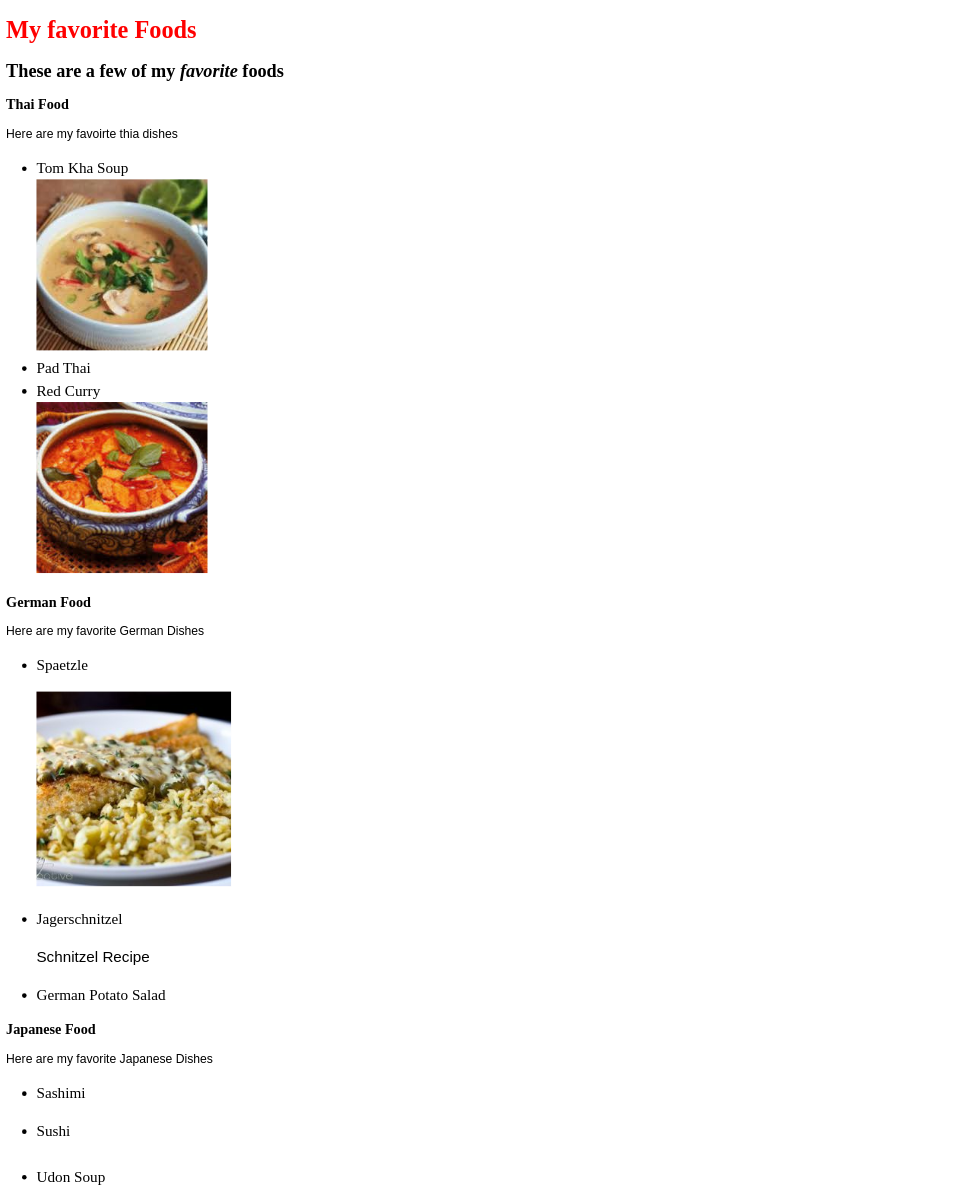
Repository: fieldceleste/my-first-webpage
Page: my-favorite-foods.html
These files come from the project's save history. The page is drawn as it stood at one moment and after the next save; the edit follows.
The browser window is 1280 px wide. The pictures show the whole page, at 76% of full size.

Above is the page before, as saved 2019-10-24 20:36:14.

### my-favorite-foods.html
<!DOCTYPE html>
<html>
  <head>
   <title>Celeste's Favorite Foods</title>
  </head>
     <link href="css/styles.css" rel="stylesheet" type="text/css"
  <body>

    <h1>My favorite Foods</h1>
    <h2>These are a few of my <em>favorite</em> foods</h2>

    <h3><strong>Thai Food</strong></h3>
    <p>Here are my favoirte thia dishes</p>
      <ul>
        <li>Tom Kha Soup</li>
      <img src="img/tomkha.jpeg" alt="picture of tom kha soup">
        <li>Pad Thai</li>
        <li>Red Curry</li>
      <img src="img/redcurry.jpeg" alt="picture of red curry">

      </ul>
    <h3><strong>German Food</strong></h3>
    <p>Here are my favorite German Dishes</p>
      <ul>
           <li>Spaetzle</li><p>
      <img src="img/spaetzle.jpeg" alt="picture of spaetzle"></p>
           <li>Jagerschnitzel</li>
    <p>Schnitzel Recipe <a href=https://www.thespruceeats.com/jaegerschnitzel-with-mushroom-sauce-1447075></a>
    </p>
           <li>German Potato Salad</li>
      </ul>

    <h3><strong>Japanese Food</strong></h3>
    <p>Here are my favorite Japanese Dishes</p>
    <ul>
      <li>Sashimi</li><p> <a href=></a></p>
      <li>Sushi</li><img src="" alt="">
      <li>Udon Soup</li>
      </ul>
    </p>
  </body>
</html>

### css/styles.css
h1 {
    color:red;
}

h2 {
    font-style: italic
    text-align: center;
}

p{ font-family: sans-serif;

}

ul {
    font-size: 20px;
    line-height: 30px;
}

After the next save:
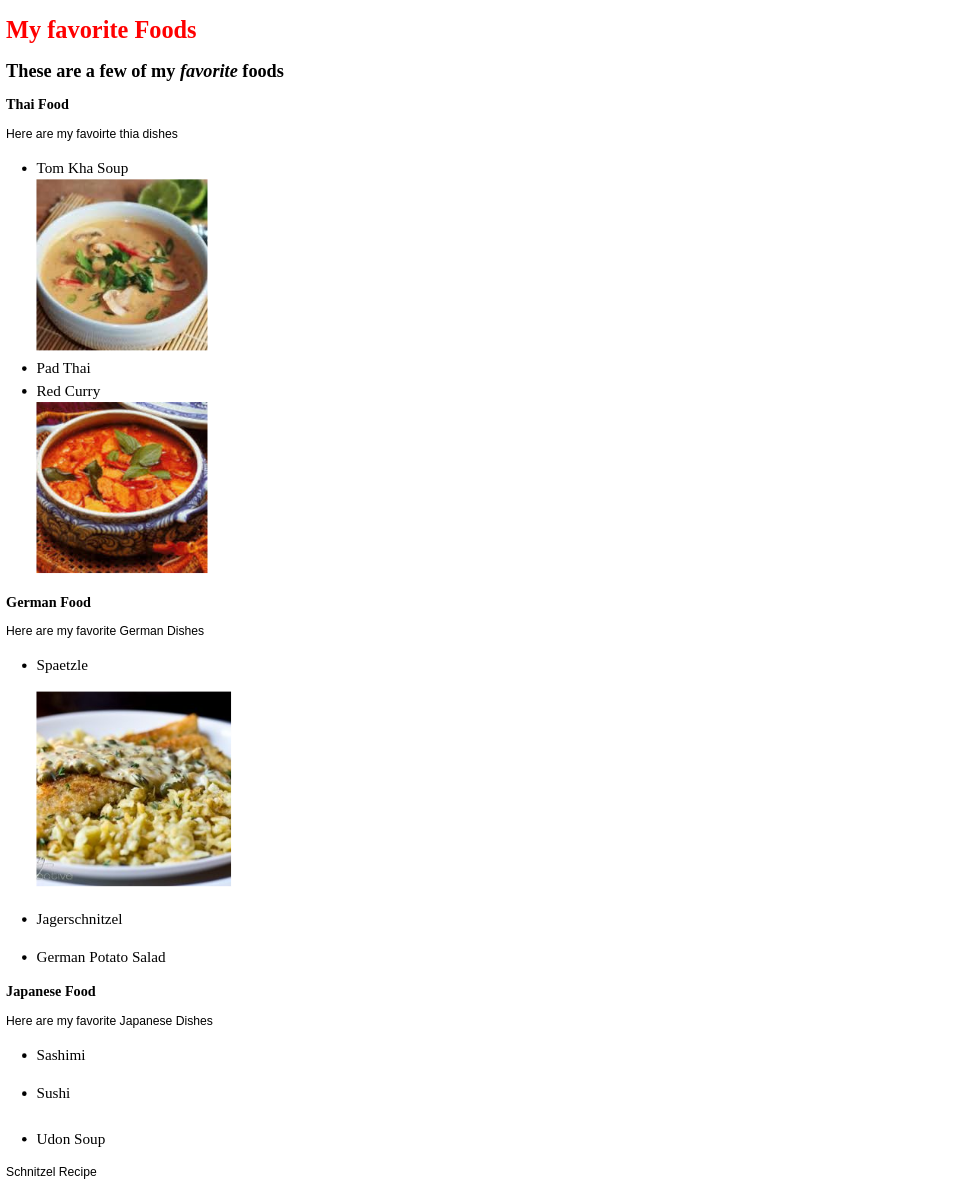
Saved 4 min 10 s later.
--- a/my-favorite-foods.html
+++ b/my-favorite-foods.html
@@ -25,7 +25,7 @@
            <li>Spaetzle</li><p>
       <img src="img/spaetzle.jpeg" alt="picture of spaetzle"></p>
            <li>Jagerschnitzel</li>
-    <p>Schnitzel Recipe <a href=https://www.thespruceeats.com/jaegerschnitzel-with-mushroom-sauce-1447075></a>
+
     </p>
            <li>German Potato Salad</li>
       </ul>
@@ -40,3 +40,7 @@
     </p>
   </body>
 </html>
+
+
+
+<p>Schnitzel Recipe <a href=https://www.allrecipes.com/recipe/60708/jagerschnitzel/></a>
